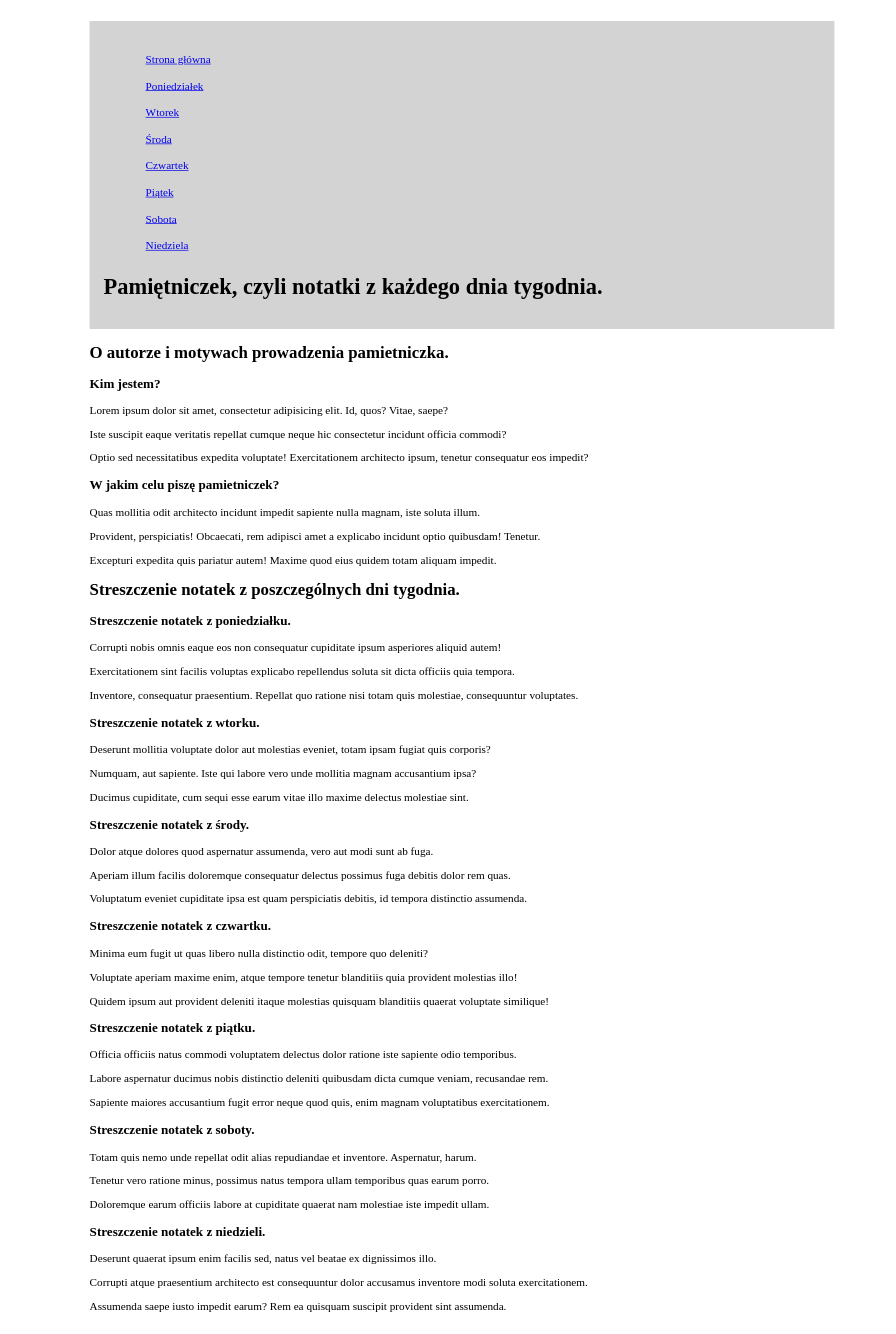
Repository: ArturNatwora/hompage
Page: index.html
An editor plug-in stored every save of this project. The page is shown before and after the next save, followed by the edit.
The browser window is 1280 px wide. The pictures show the whole page, at 70% of full size.

Above is the page before, as saved 2019-06-11 17:40:31.

### index.html
<!DOCTYPE html>
<html lang="pl">

<head>
    <meta charset="UTF-8">
    <meta name="viewport" content="width=device-width, initial-scale=1.0">
    <meta http-equiv="X-UA-Compatible" content="ie=edge">
    <link rel="stylesheet" href="index.css">
    <title>Strona domowa w ramach kursu WTf CO TEN FRONTEND.</title>
</head>

<body>
    <header class="bodyHeader">
        <nav class="bodyHeader__nav">
            <ul class="bodyHeader__navListLink" >
                <li class="bodyHeader__navItemLink"><a class="bodyHeader__navLink" href="index.html">Strona główna</a></li>
                <li class="bodyHeader__navItemLink"><a class="bodyHeader__navLink" href="./days/1.html">Poniedziałek</a></li>
                <li class="bodyHeader__navItemLink"><a class="bodyHeader__navLink" href="./days/2.html">Wtorek</a></li>
                <li class="bodyHeader__navItemLink"><a class="bodyHeader__navLink" href="./days/3.html">Środa</a></li>
                <li class="bodyHeader__navItemLink"><a class="bodyHeader__navLink" href="./days/4.html">Czwartek</a></li>
                <li class="bodyHeader__navItemLink"><a class="bodyHeader__navLink" href="./days/5.html">Piątek</a></li>
                <li class="bodyHeader__navItemLink"><a class="bodyHeader__navLink" href="./days/6.html">Sobota</a></li>
                <li class="bodyHeader__navItemLink"><a class="bodyHeader__navLink" href="./days/7.html">Niedziela</a></li>
            </ul>
        </nav>
        <h1 class="bodyHeader__h1">Pamiętniczek, czyli notatki z każdego dnia tygodnia.</h1>
    </header>
    <main class="main">
        <secion class="secion">
            <h2 class="section__title">O autorze i motywach prowadzenia pamietniczka.</h2>
            <article class="article">
                <h3 class="article__title">Kim jestem?</h3>
                <p>Lorem ipsum dolor sit amet, consectetur adipisicing elit. Id, quos? Vitae, saepe?</p>
                <p>Iste suscipit eaque veritatis repellat cumque neque hic consectetur incidunt officia commodi?</p>
                <p>Optio sed necessitatibus expedita voluptate! Exercitationem architecto ipsum, tenetur consequatur eos
                    impedit?</p>
            </article>
            <article class="article">

                <h3 class="article__title">W jakim celu piszę pamietniczek?</h3>
                <p>Quas mollitia odit architecto incidunt impedit sapiente nulla magnam, iste soluta illum.</p>
                <p>Provident, perspiciatis! Obcaecati, rem adipisci amet a explicabo incidunt optio quibusdam! Tenetur.
                </p>
                <p>Excepturi expedita quis pariatur autem! Maxime quod eius quidem totam aliquam impedit.</p>
            </article>


            <secion class="secion">
                <h2 class="section__title">Streszczenie notatek z poszczególnych dni tygodnia.</h2>
                <article class="article">
                    <h3 class="article__title">Streszczenie notatek z poniedziałku.</h3>
                    <p>Corrupti nobis omnis eaque eos non consequatur cupiditate ipsum asperiores aliquid autem!</p>
                    <p>Exercitationem sint facilis voluptas explicabo repellendus soluta sit dicta officiis quia
                        tempora.</p>
                    <p>Inventore, consequatur praesentium. Repellat quo ratione nisi totam quis molestiae, consequuntur
                        voluptates.</p>
                </article>
                <article class="article">
                    <h3 class="article__title">Streszczenie notatek z wtorku.</h3>
                    <p>Deserunt mollitia voluptate dolor aut molestias eveniet, totam ipsam fugiat quis corporis?</p>
                    <p>Numquam, aut sapiente. Iste qui labore vero unde mollitia magnam accusantium ipsa?</p>
                    <p>Ducimus cupiditate, cum sequi esse earum vitae illo maxime delectus molestiae sint.</p>
                </article>
                <article class="article">
                    <h3 class="article__title">Streszczenie notatek z środy.</h3>
                    <p>Dolor atque dolores quod aspernatur assumenda, vero aut modi sunt ab fuga.</p>
                    <p>Aperiam illum facilis doloremque consequatur delectus possimus fuga debitis dolor rem quas.</p>
                    <p>Voluptatum eveniet cupiditate ipsa est quam perspiciatis debitis, id tempora distinctio
                        assumenda.</p>
                </article>
                <article class="article">
                    <h3 class="article__title">Streszczenie notatek z czwartku.</h3>
                    <p>Minima eum fugit ut quas libero nulla distinctio odit, tempore quo deleniti?</p>
                    <p>Voluptate aperiam maxime enim, atque tempore tenetur blanditiis quia provident molestias illo!
                    </p>
                    <p>Quidem ipsum aut provident deleniti itaque molestias quisquam blanditiis quaerat voluptate
                        similique!</p>
                </article>
                <article class="article">
                    <h3 class="article__title">Streszczenie notatek z piątku.</h3>
                    <p>Officia officiis natus commodi voluptatem delectus dolor ratione iste sapiente odio temporibus.
                    </p>
                    <p>Labore aspernatur ducimus nobis distinctio deleniti quibusdam dicta cumque veniam, recusandae
                        rem.</p>
                    <p>Sapiente maiores accusantium fugit error neque quod quis, enim magnam voluptatibus
                        exercitationem.</p>
                </article>
                <article class="article">
                    <h3 class="article__title">Streszczenie notatek z soboty.</h3>
                    <p>Totam quis nemo unde repellat odit alias repudiandae et inventore. Aspernatur, harum.</p>
                    <p>Tenetur vero ratione minus, possimus natus tempora ullam temporibus quas earum porro.</p>
                    <p>Doloremque earum officiis labore at cupiditate quaerat nam molestiae iste impedit ullam.</p>
                </article>
                <article class="article">
                    <h3 class="article__title">Streszczenie notatek z niedzieli.</h3>
                    <p>Deserunt quaerat ipsum enim facilis sed, natus vel beatae ex dignissimos illo.</p>
                    <p>Corrupti atque praesentium architecto est consequuntur dolor accusamus inventore modi soluta
                        exercitationem.</p>
                    <p>Assumenda saepe iusto impedit earum? Rem ea quisquam suscipit provident sint assumenda.</p>
                </article>
            </secion>


    </main>
    <script src="index.js"></script>
</body>

</html>

### index.css
/*
*{
    margin: 0;
    padding: 0;
    box-sizing: border-box;
    font-size: 14px;
}
*/

body{
    width: 80%;
    margin: 30px auto;
}

.bodyHeader {
    width: 100%;
    padding: 20px;
    background: lightgrey;

}
.bodyHeader__navListLink {
    width: 100%;
    list-style: none;
    display: block;
}
.bodyHeader__navLink{
    display: inline-block;
    margin: 10px 20px;
}

Loaded but not shown: index.js (no copy from this time; the picture is the same without it)

After the next save:
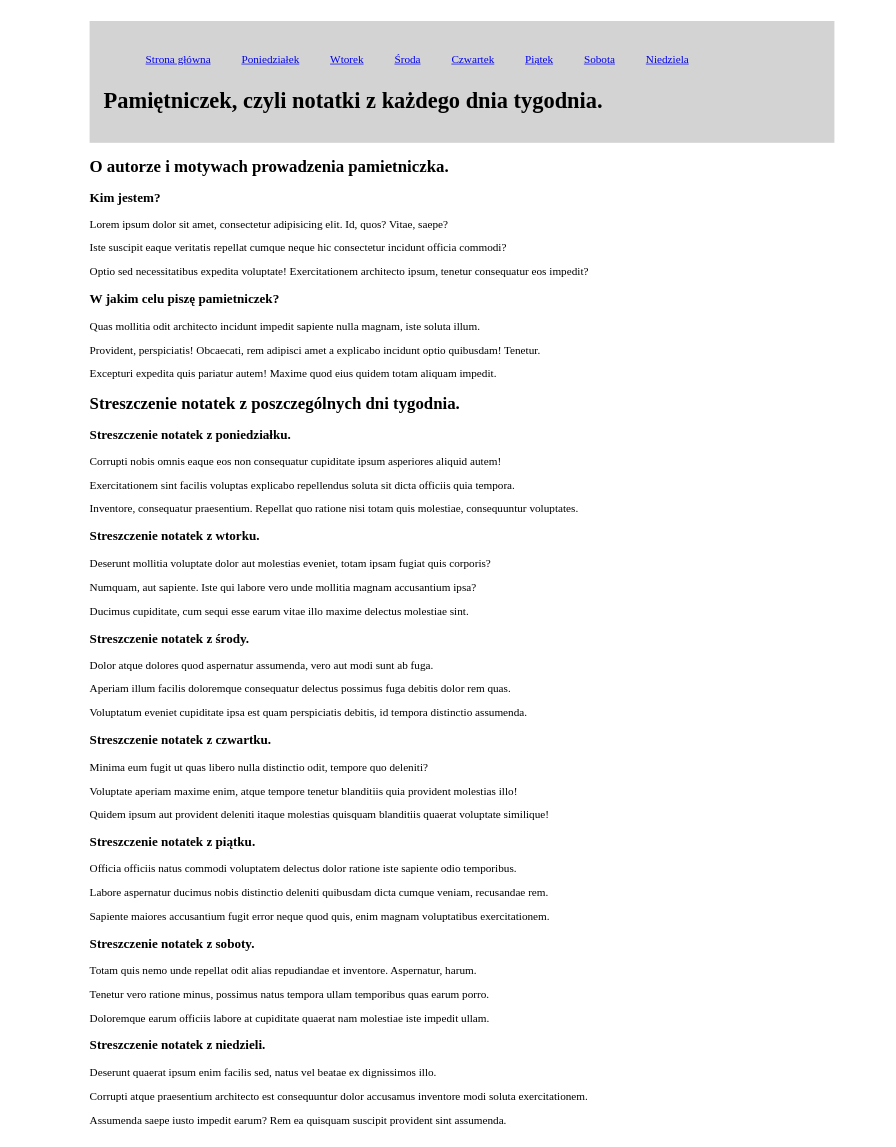
Saved 27 s later.
--- a/index.css
+++ b/index.css
@@ -23,7 +23,7 @@ body{
     list-style: none;
     display: block;
 }
-.bodyHeader__navLink{
+.bodyHeader__navItemLink{
     display: inline-block;
     margin: 10px 20px;
 }
